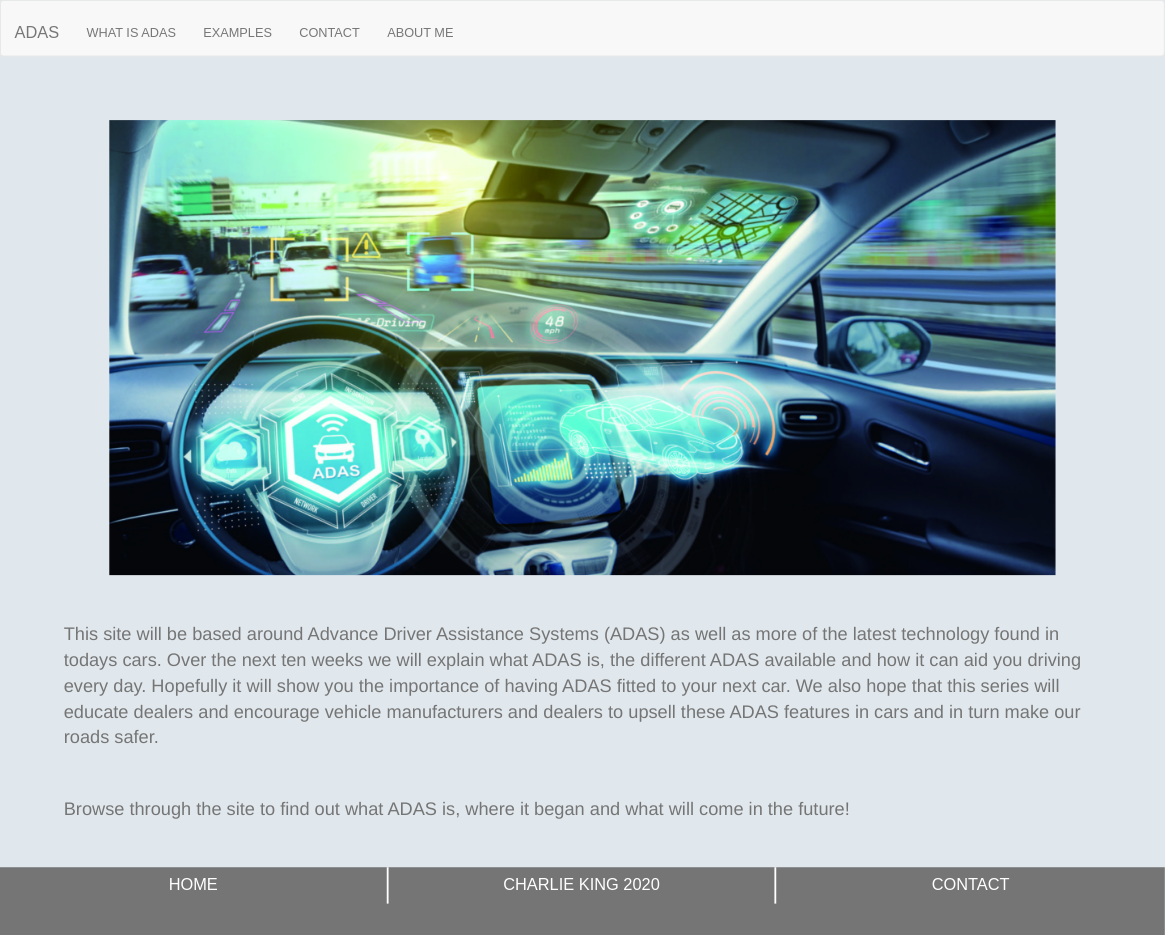
Repository: Cha-K28/First-Milestone-Project
Page: index.html
The author's editor kept a record of every edit. The page is drawn from the files as they stood at one moment, then again after the next edit.
The browser window is 1280 px wide. The pictures show the whole page, at 91% of full size.

Above is the page before.

### index.html
<!DOCTYPE html>
<html lang="en">

<head>
    <meta charset="utf-8">
    <meta name="viewport" content="width=device-width, initial-scale=1">
    <link rel="stylesheet" href="https://maxcdn.bootstrapcdn.com/bootstrap/3.4.1/css/bootstrap.min.css">
    <script src="https://ajax.googleapis.com/ajax/libs/jquery/3.4.1/jquery.min.js"></script>
    <script src="https://maxcdn.bootstrapcdn.com/bootstrap/3.4.1/js/bootstrap.min.js"></script>
    <link href="https://fonts.googleapis.com/css?family=Exo&display=swap" rel="stylesheet">

    <link rel="stylesheet" href="css/style.css" type="text/css" />
    <title>ADAS - What is it?</title>
</head>

<body>
    <!-- header  -->
    <header>
        <nav class="navbar navbar-default">
            <div class="container-fluid">
                <div class="navbar-header">
                    <a class="navbar-brand" href="index.html">ADAS</a>
                </div>
                <ul class="nav navbar-nav">
                    <li><a href="what_is_adas.html">What is ADAS</a></li>
                    <li><a href="examples.html">Examples</a></li>
                    <li><a href="contact.html">Contact</a></li>
                    <li><a href="about_me.html">About Me</a></li>
                </ul>
            </div>
        </nav>
    </header>
    <!-- End header  -->

    <!-- content -->
    <div class="container">

        <div class="background-image">





        </div>

         <p>
                This site will be based around Advance Driver Assistance Systems (ADAS) as well as more of the latest technology found in todays cars. Over the next ten weeks we will explain what ADAS is, the different ADAS available and how it can aid you driving every
                day. Hopefully it will show you the importance of having ADAS fitted to your next car. We also hope that this series will educate dealers and encourage vehicle manufacturers and dealers to upsell these ADAS features in cars and in turn
                make our roads safer.
            </p>
            <p>
                Browse through the site to find out what ADAS is, where it began and what will come in the future!
            </p>



    </div>

    <!-- End content -->

    <!-- footer -->
    <footer class="container-fluid">
        <div class="row">
            <div class="col-sm-4 footer_box">
                <h4><a href="index.html">Home</a></h4>
            </div>
            <div class="col-sm-4 footer_box">
                <h4>Charlie King 2020</h4>

            </div>

            <div class="col-sm-4">
                <h4><a href="contact.html">Contact</a></h4>


            </div>
        </div>



    </footer>

    <!-- End footer -->
</body>

</html>

### css/style.css
body {
  background-color: #e1e8ed;
}



.container {
  font-size: 20px;
  color: #757575;

}

.back-image {
  height: 100%;
  width: 100%;
  padding: 0px;
  border: solid 10px #53f2dd;
  border-radius: 50px;
  margin: 50px 10px 50px 10px;
}

.background-image {
  background-image: url(../images/background.png);
  background-size: cover;
  height: 500px; /* You must set a specified height */
  width: auto;
  background-position: center; /* Center the image */
  background-repeat: no-repeat; /* Do not repeat the image */
  margin: 50px;

}

p {
  margin-bottom: 50px;
}


img {

  margin-left: 75px;
  width: 300px;
  height: 200px;
  margin-top: 50px;
  border: solid;

}

input[type=email] {
  width: 100%;
  background-color: white;
  color: #757575;
  padding: 10px 20px;
  margin: 8px 0;
  border: solid #757575 1px;
  border-radius: 4px;
  cursor: pointer;

}

input[type=text] {
  width: 100%;
  background-color: white;
  color: #757575;
  padding: 10px 20px;
  margin: 8px 0;
  border: solid #757575 1px;
  border-radius: 4px;
  cursor: pointer;

}

input[type=submit] {
  width: 100px;
  height: 30px;
  border-radius: 25%;
  border: solid #757575 1px;
  margin-top: 10px;
  color: white;
  background-color: #757575;
  margin-bottom: 10px;

}

/* ----------------------------footer */

footer {
  background-color: #757575;
  height: 75px;
  position: relative;
  width: 100%;
  left: 0;
  bottom: 0;

}

h4,
a {
  margin-top: 10px;
  text-align: center;
  font-family: sans-serif;
  color: white;
  text-transform: uppercase;
}

.footer_box {
  border-right: solid 2px white;
}


h1 {
  text-align: center;
  text-transform: uppercase;
  font-size: 50px;
  font-family: 'Exo', sans-serif;
  background-color: #757575;
  color: white;

}

After the next edit:
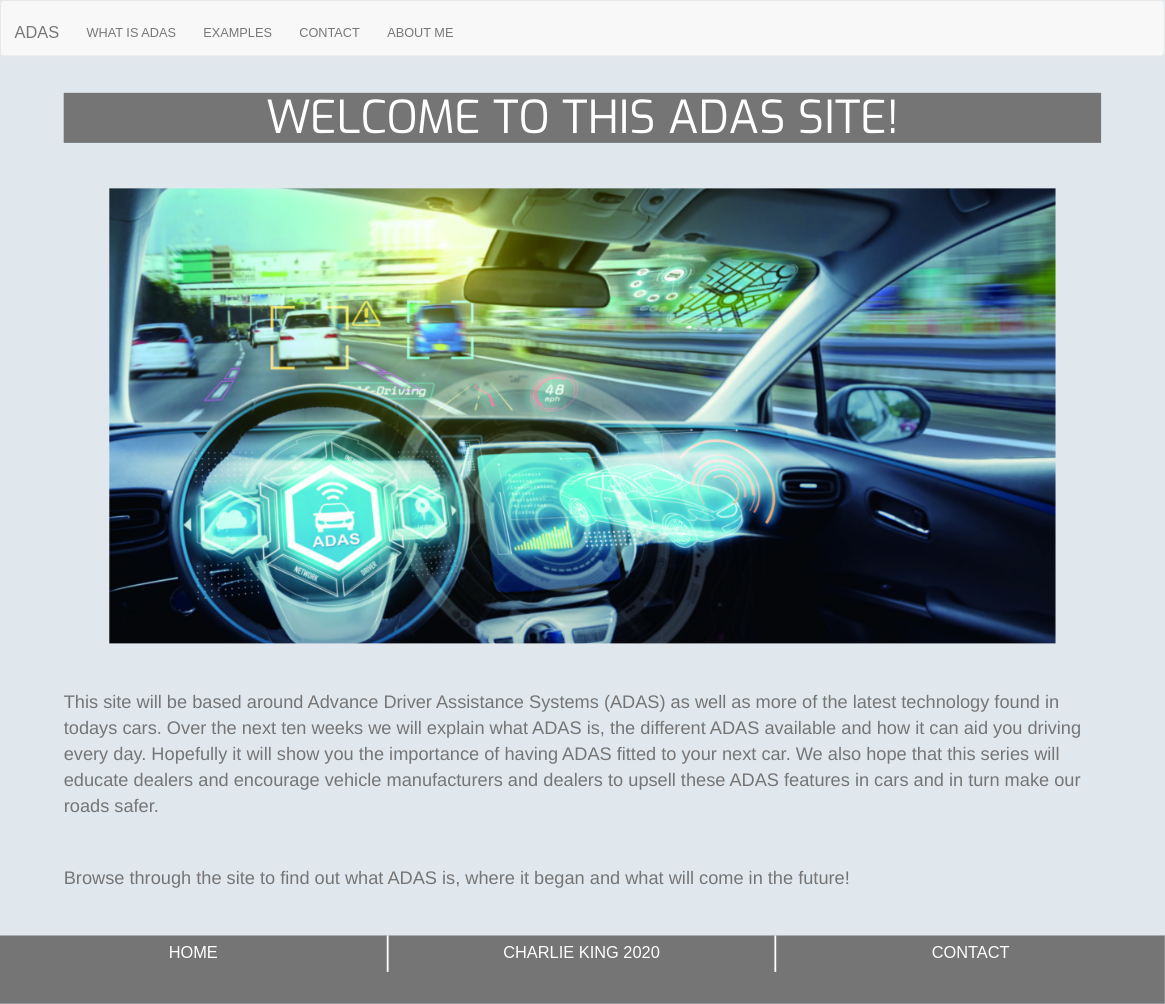
The edit:
--- a/index.html
+++ b/index.html
@@ -35,22 +35,20 @@
     <!-- content -->
     <div class="container">
 
+        <h1>Welcome to this ADAS site!</h1>
+
         <div class="background-image">
-
-
-
-
 
         </div>
 
-         <p>
-                This site will be based around Advance Driver Assistance Systems (ADAS) as well as more of the latest technology found in todays cars. Over the next ten weeks we will explain what ADAS is, the different ADAS available and how it can aid you driving every
-                day. Hopefully it will show you the importance of having ADAS fitted to your next car. We also hope that this series will educate dealers and encourage vehicle manufacturers and dealers to upsell these ADAS features in cars and in turn
-                make our roads safer.
-            </p>
-            <p>
-                Browse through the site to find out what ADAS is, where it began and what will come in the future!
-            </p>
+        <p>
+            This site will be based around Advance Driver Assistance Systems (ADAS) as well as more of the latest technology found in todays cars. Over the next ten weeks we will explain what ADAS is, the different ADAS available and how it can aid you driving every
+            day. Hopefully it will show you the importance of having ADAS fitted to your next car. We also hope that this series will educate dealers and encourage vehicle manufacturers and dealers to upsell these ADAS features in cars and in turn make
+            our roads safer.
+        </p>
+        <p>
+            Browse through the site to find out what ADAS is, where it began and what will come in the future!
+        </p>
 
 
 
